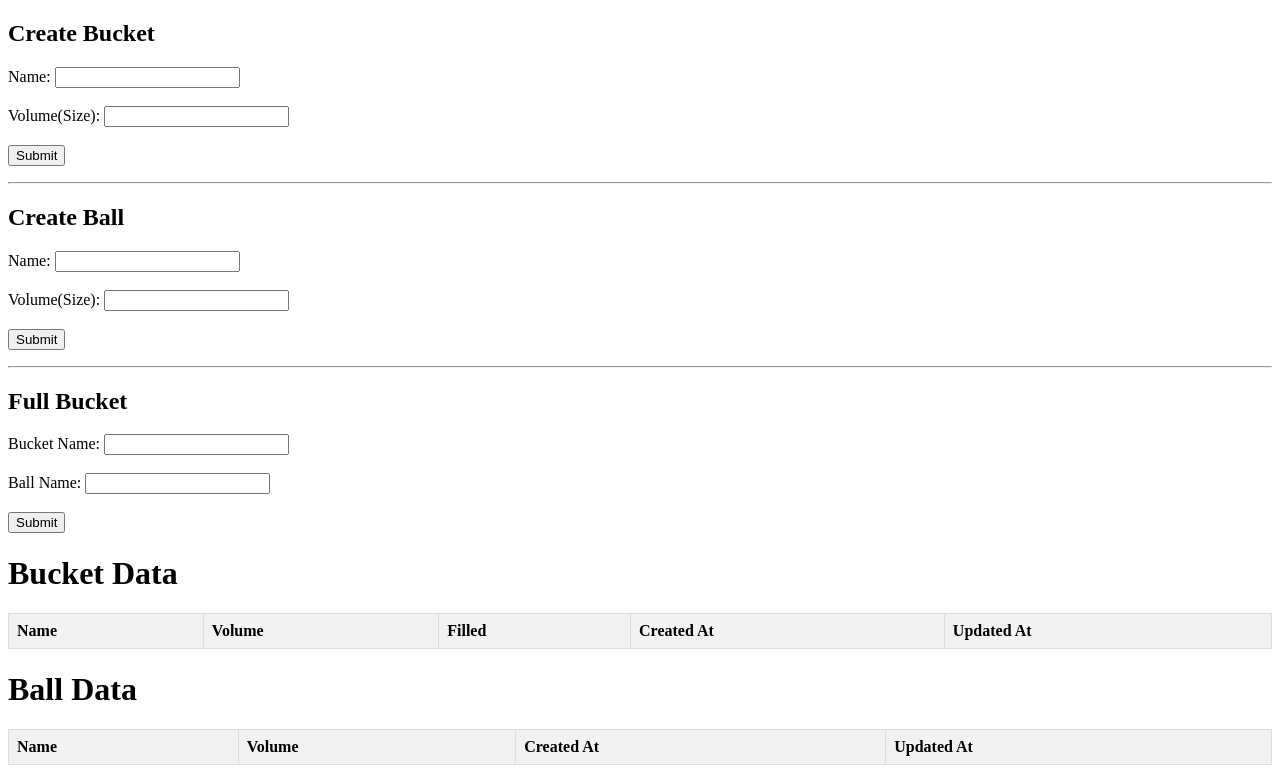
Repository: RajatPalankar8/nodejs_bucket_ball_task_new
Page: http://localhost/
These files come from the project's save history. The page is drawn as it stood at one moment and after the next save; the edit follows.
The browser window is 1280 px wide. The pictures show the whole page.
The page is served by the project's Node server (index.js). Queries for data that is not in the repository find no rows.

Above is the page before, as saved 2023-07-28 11:16:24.

After the next save:
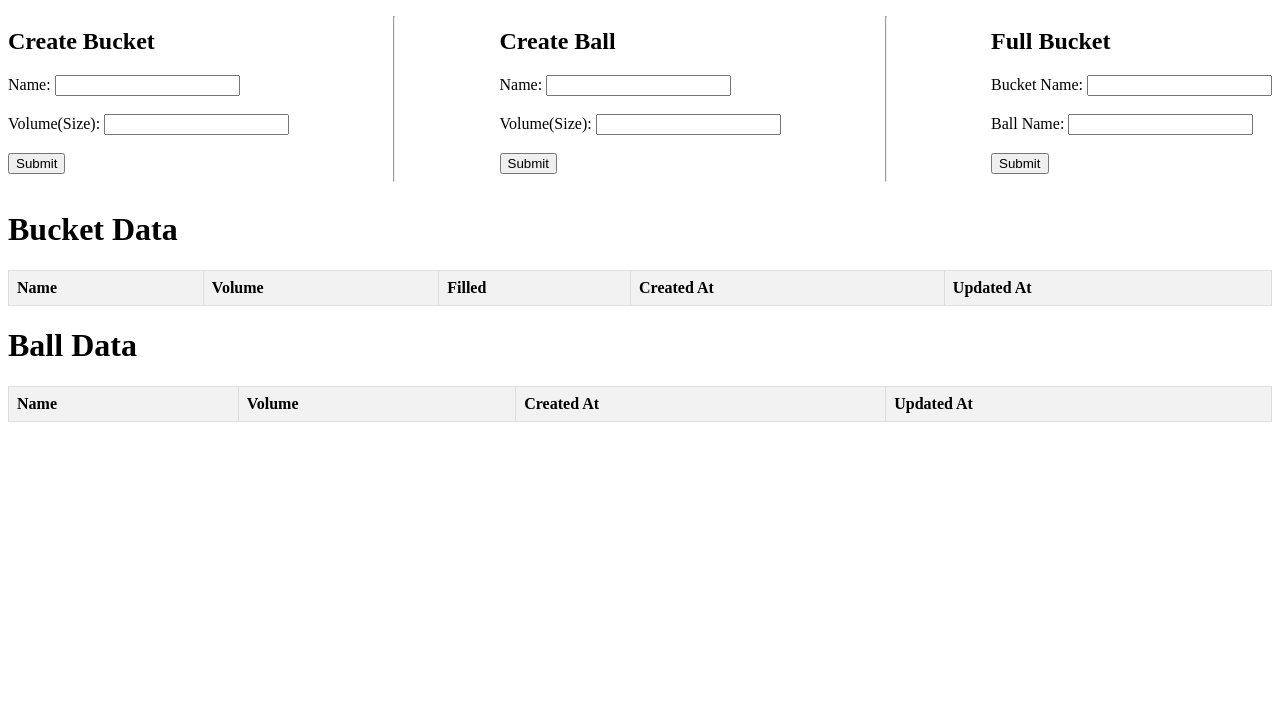
Saved 9 s later.
--- a/views/index.ejs
+++ b/views/index.ejs
@@ -23,7 +23,7 @@
 </head>
 
 <body>
-  <div style="display: flex-left;">
+  <div style="display: flex;;">
 
 
     <form id="form1">
